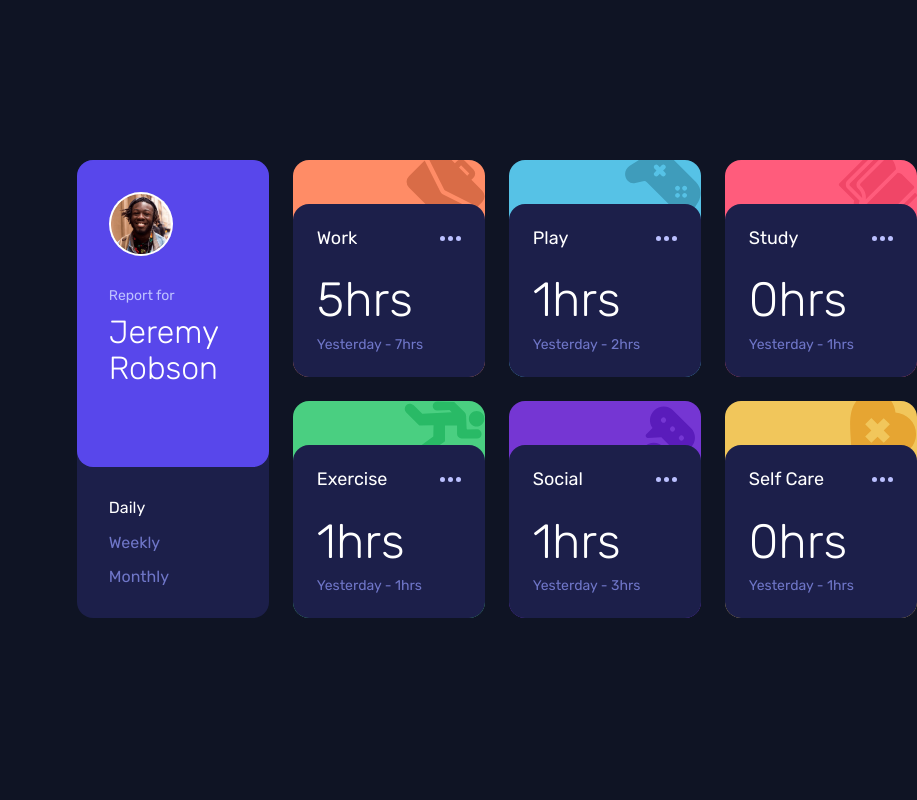
Repository: Jay-JYKim91/FM_time-tracking-dashboard
Page: index.html
These files come from the project's save history. The page is drawn as it stood at one moment and after the next save; the edit follows.
The browser window is 768 px wide. The page is 917 px wide, then 768 px, so the pictures cover 917 px, including what lies to the right of the window. The pictures show the whole page.

Above is the page before, as saved 2021-12-19 22:28:58.

After the next save:
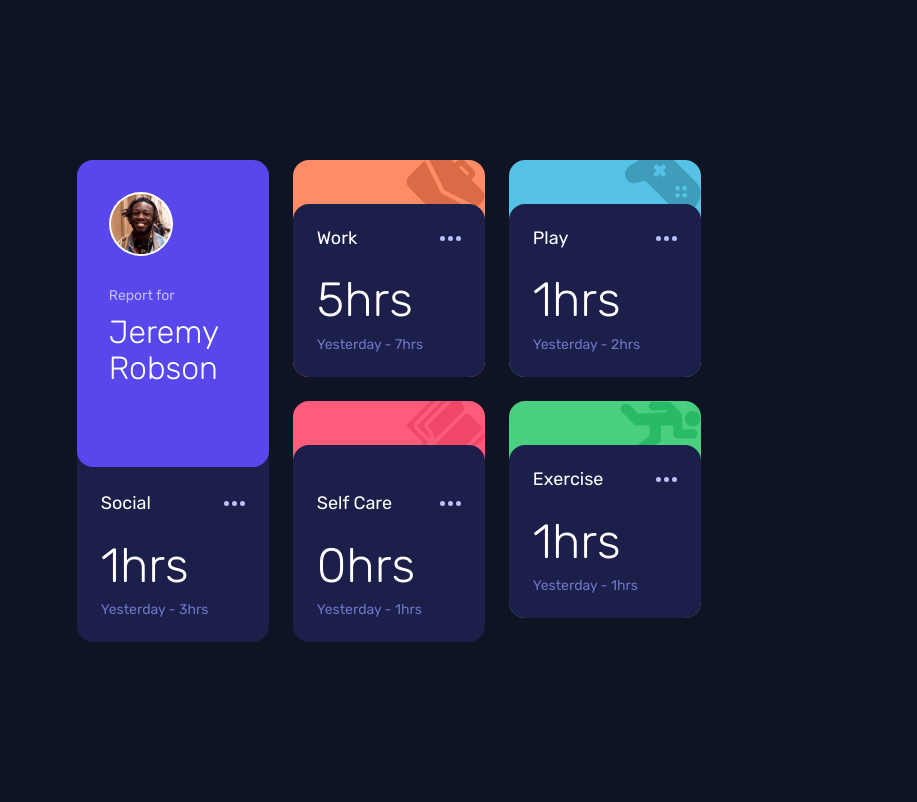
Saved 59 s later.
--- a/style.css
+++ b/style.css
@@ -160,6 +160,9 @@ p {
 
 /* Tablet size */
 @media (min-width: 768px) and (max-width: 1023px) {
+  .container {
+    grid-template-columns: repeat(3, 1fr);
+  }
 }
 
 /* Mobile size */
